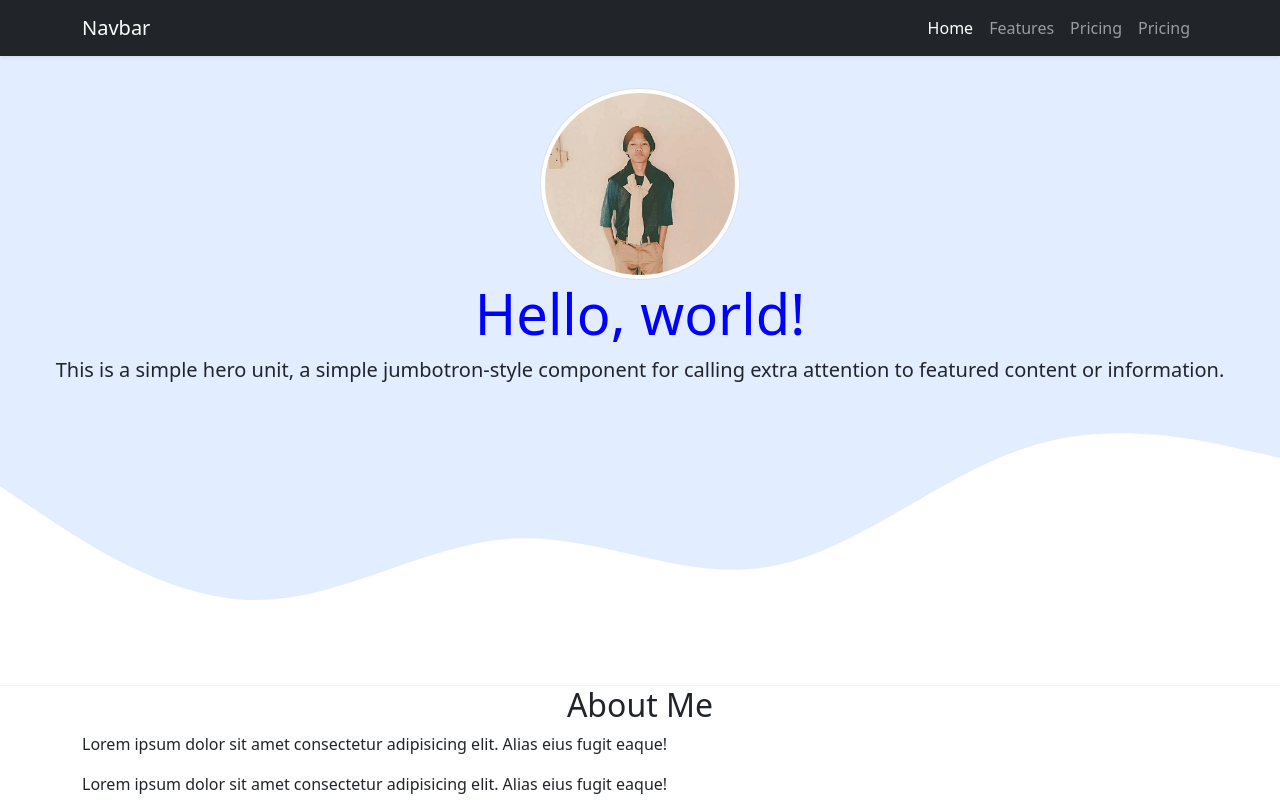
Repository: Novemberdad/gemilangtech.github.io
Page: index.html
An editor plug-in stored every save of this project. The page is shown before and after the next save, followed by the edit.
The browser window is 1280 px wide. The pictures show the whole page.

Above is the page before, as saved 2021-07-20 23:56:28.

After the next save:
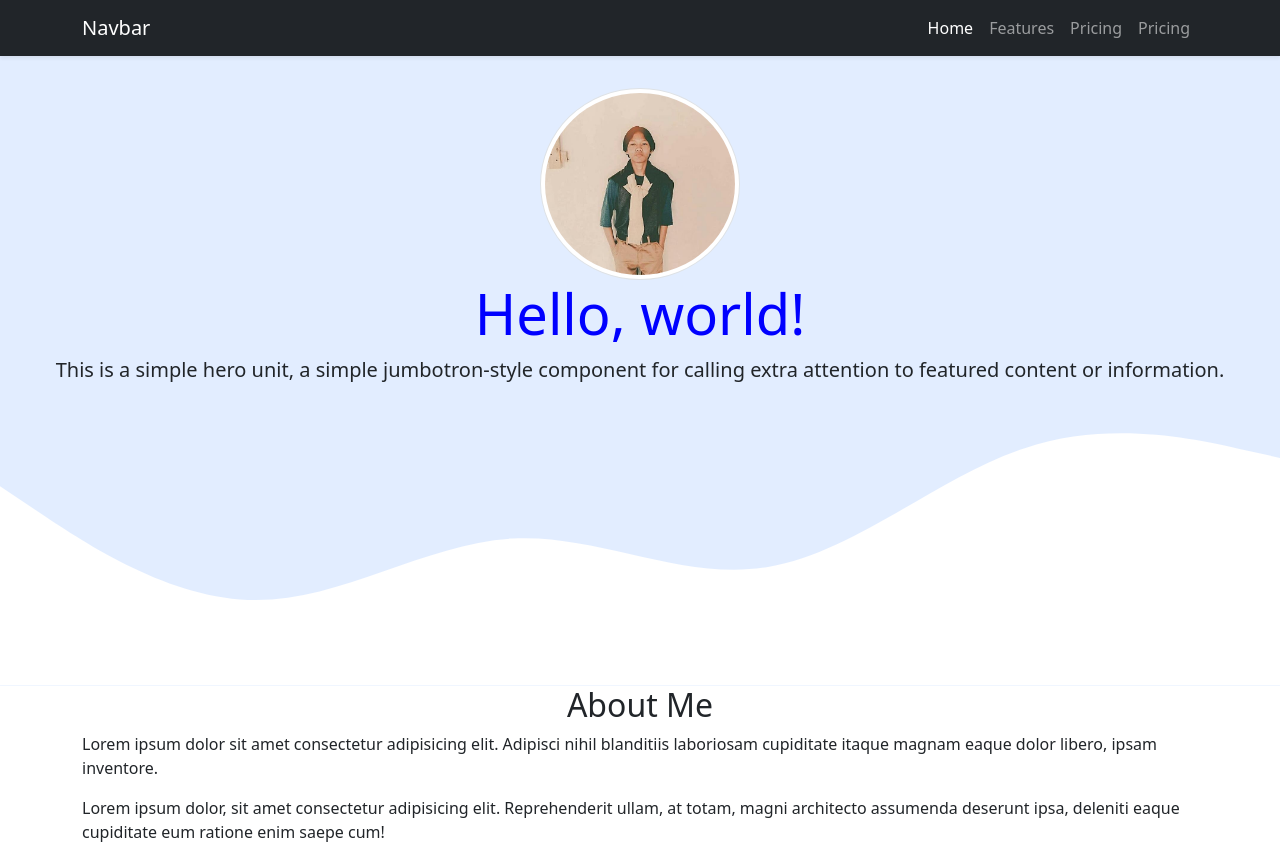
Saved 75 s later.
--- a/index.html
+++ b/index.html
@@ -73,10 +73,10 @@
             </div>
             <div class="row">
                 <div class="col"></div>
-                <p>Lorem ipsum dolor sit amet consectetur adipisicing elit. Alias eius fugit eaque!</p>
+                <p>Lorem ipsum dolor sit amet consectetur adipisicing elit. Adipisci nihil blanditiis laboriosam cupiditate itaque magnam eaque dolor libero, ipsam inventore.</p>
             </div>
             <div class="col"></div>
-            <p>Lorem ipsum dolor sit amet consectetur adipisicing elit. Alias eius fugit eaque!</p>
+            <p>Lorem ipsum dolor, sit amet consectetur adipisicing elit. Reprehenderit ullam, at totam, magni architecto assumenda deserunt ipsa, deleniti eaque cupiditate eum ratione enim saepe cum!</p>
         </div>
         </div>
     </section>
